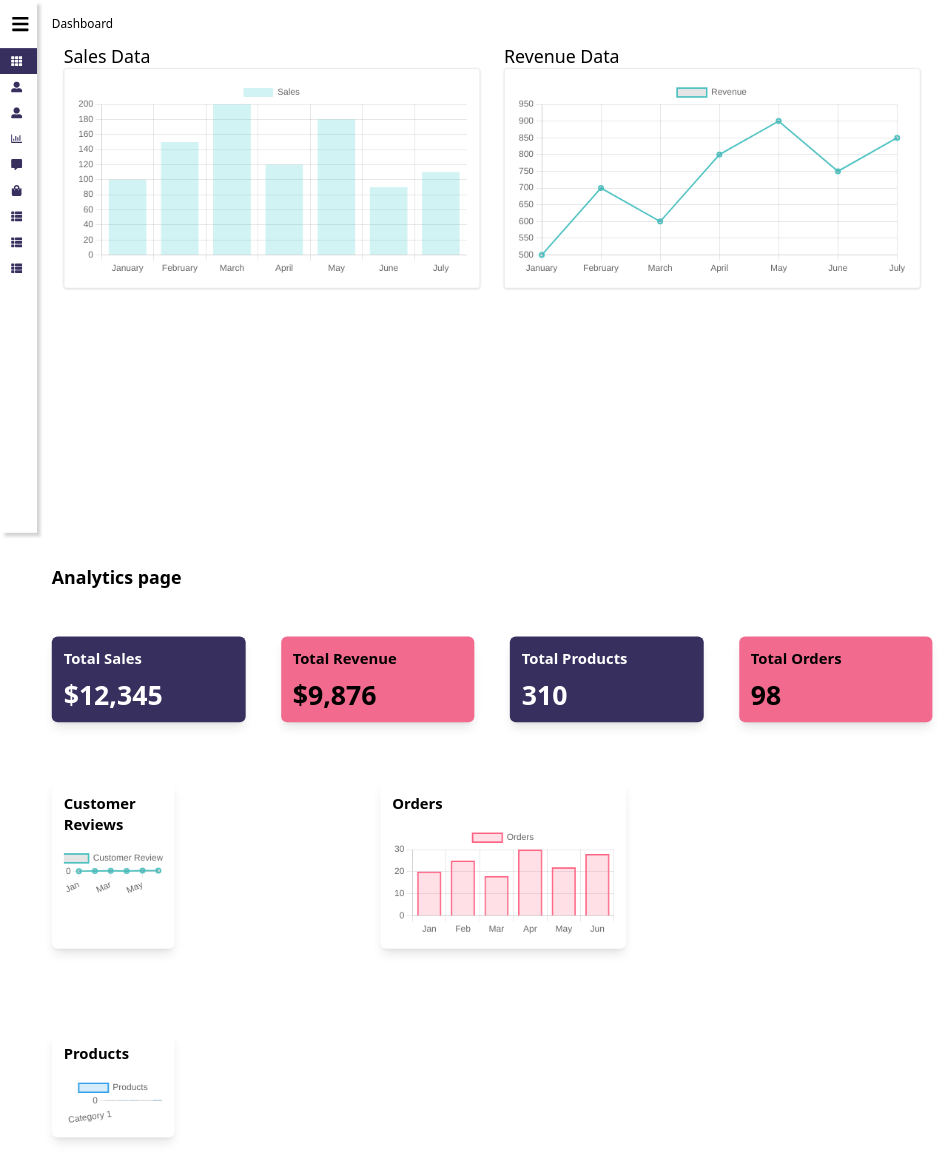
Repository: AndargWorku12/admin-dashboard
Page: /
The author's editor kept a copy of each file at every save. The page is drawn from the files as they stood at one save, then again after the next save.
The browser window is 1280 px wide. The pictures show the whole page, at 74% of full size.
The project was rebuilt for these pictures with package versions that can differ from the ones it lists, and the page was loaded fresh each time. Also part of the build but not shown: src/styles/orders.css, src/pages/OrderTable.tsx, src/pages/OrderModal.tsx, src/pages/Orders.tsx, src/pages/CategoryDropdown.tsx, src/pages/CategoryModal.tsx, src/pages/CategoryPage.tsx, src/styles/login.css and 9 more.

Above is the page before, as saved 2024-02-02 02:34:07.

After the next save:
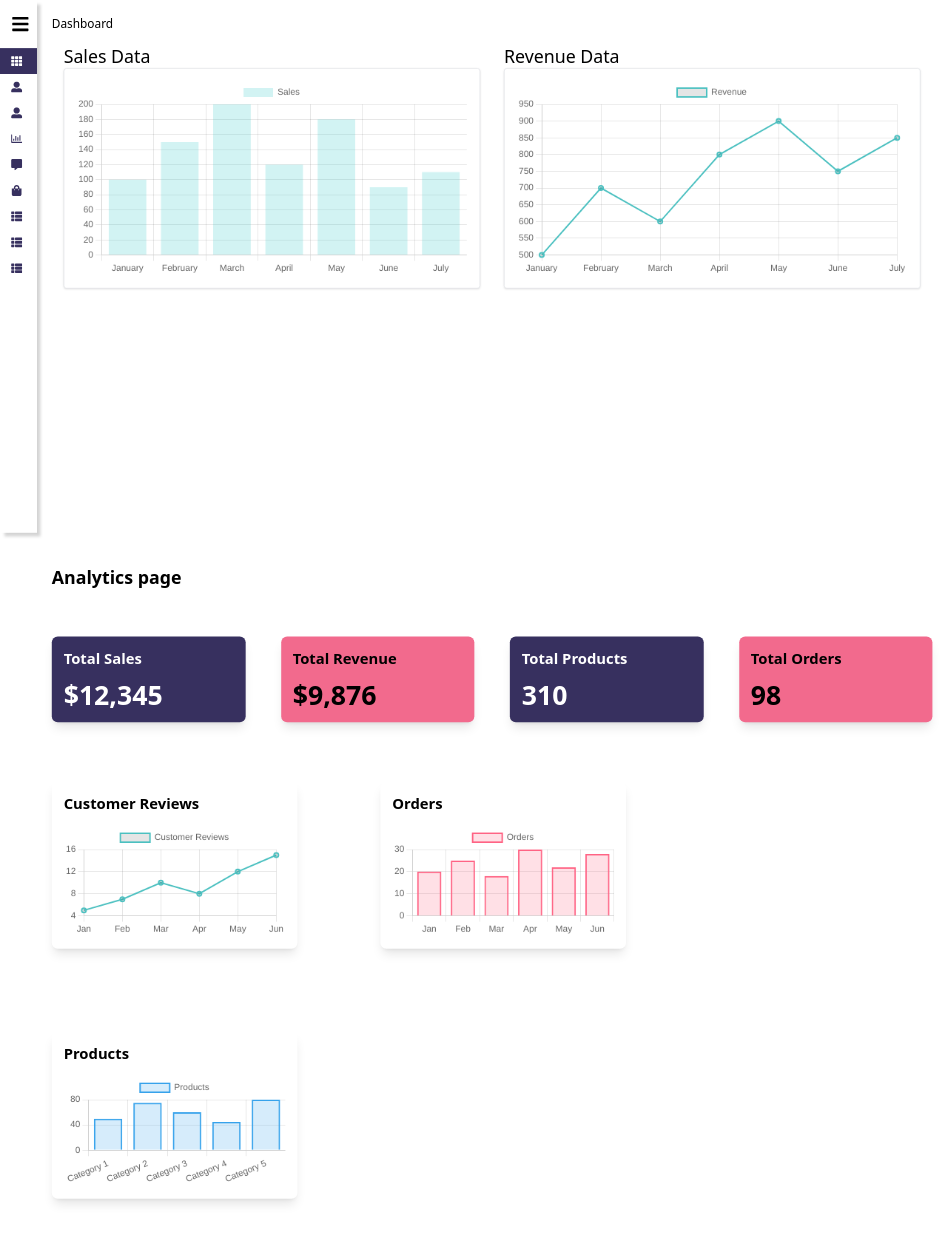
Saved 35 s later.
--- a/src/pages/Analytics.tsx
+++ b/src/pages/Analytics.tsx
@@ -83,19 +83,19 @@ const AnalyticsPage: React.FC = () => {
 
       <div className="grid grid-cols-1 md:grid-cols-1 lg:grid-cols-2 gap-28">
         {/* Customer Reviews Chart */}
-        <div className="bg-white p-4 rounded-lg shadow-lg w-1/2">
+        <div className="bg-white p-4 rounded-lg shadow-lg ">
           <h2 className="text-xl font-bold mb-4">Customer Reviews</h2>
           <Line data={customerReviewData} />
         </div>
 
         {/* Orders Chart */}
-        <div className="bg-white p-4 rounded-lg shadow-lg w-full">
+        <div className="bg-white p-4 rounded-lg shadow-lg">
           <h2 className="text-xl font-bold mb-4">Orders</h2>
           <Bar data={ordersData} />
         </div>
 
         {/* Products Chart */}
-        <div className="bg-white p-4 rounded-lg shadow-lg w-1/2">
+        <div className="bg-white p-4 rounded-lg shadow-lg ">
           <h2 className="text-xl font-bold mb-4">Products</h2>
           <Bar data={productsData} />
         </div>
